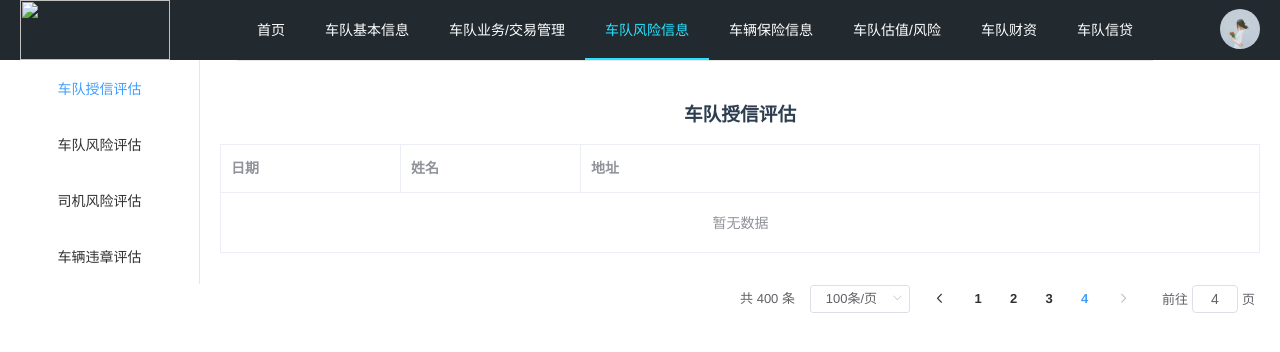
Repository: TheWomanLiketheWind/woodpecker
Page: /
The author's editor kept a copy of each file at every save. The page is drawn from the files as they stood at one save, then again after a run of saves.
The browser window is 1280 px wide. The pictures show the whole page.
The project was rebuilt for these pictures with package versions that can differ from the ones it lists, and the page was loaded fresh each time. Also part of the build but not shown: src/views/menuThird.vue.

Above is the page before, as saved 2019-07-25 17:57:25.

### public/index.html
<!DOCTYPE html>
<html lang="en">
  <head>
    <meta charset="utf-8">
    <meta http-equiv="X-UA-Compatible" content="IE=edge">
    <meta name="viewport" content="width=device-width,initial-scale=1.0">
    <link rel="icon" href="<%= BASE_URL %>favicon.ico">
    <title>woodpecker</title>
  </head>
  <body>
    <noscript>
      <strong>We're sorry but woodpecker doesn't work properly without JavaScript enabled. Please enable it to continue.</strong>
    </noscript>
    <div id="app"></div>
    <!-- built files will be auto injected -->
  </body>
</html>

### src/App.vue
<template>
  <div id="app">
    <router-view />
  </div>
</template>

<style lang="scss">
#app {
  font-family: "Avenir", Helvetica, Arial, sans-serif;
  -webkit-font-smoothing: antialiased;
  -moz-osx-font-smoothing: grayscale;
  text-align: center;
  color: #2c3e50;
  .el-header {
    display: flex;
    justify-content: space-between;
    align-items: center;
  }
}
#nav {
  padding: 30px;
  a {
    font-weight: bold;
    color: #2c3e50;
    &.router-link-exact-active {
      color: #42b983;
    }
  }
}
body {
  margin: 0;
}
</style>

### src/router.ts
import Vue from 'vue'
import Router from 'vue-router'
import Home from './views/Home.vue'
Vue.use(Router)

export default new Router({
  mode: 'history',
  base: process.env.BASE_URL,
  routes: [
    {
      path: '/',
      name: 'home',
      component: Home,
      children: [
        {
          path: '/',
          name: 'menuSecond',
          children: [
            {
              path: '/',
              name: 'menuThird',
              component: () =>
                import(/* webpackChunkName: "about" */ './views/menuThird.vue')
            }
          ],
          component: () =>
            import(/* webpackChunkName: "about" */ './views/menuSecond.vue')
        }
      ]
    }
  ]
})

### src/views/Home.vue
<template>
  <el-container>
    <el-header class="headerAll">
      <img src=""
           class="headImage">
      <el-menu :default-active="activeIndex"
               class="el-menu-demo"
               mode="horizontal"
               background-color="#222a30"
               text-color="#fff"
               active-text-color="#29e2fe"
               @select="handleSelect">
        <el-menu-item v-for="(item, index) in menuList"
                      :key="index"
                      :index="item.index"
                      v-on:listenToChildEvent="menuClick">{{item.name}}</el-menu-item>
      </el-menu>

      <el-dropdown>
        <img src="../assets/headImage.jpg"
             class="drophead" />
        <el-dropdown-menu slot="dropdown">
          <el-dropdown-item>个人信息</el-dropdown-item>
          <el-dropdown-item>退出</el-dropdown-item>
        </el-dropdown-menu>
      </el-dropdown>
    </el-header>
    <!-- <router-link to="/menuSecond">点击跳转</router-link> -->
    <router-view />
  </el-container>
</template>

<script lang="ts">
import { Component, Vue } from "vue-property-decorator";

@Component({
  components: {}
})
export default class Home extends Vue {
  data() {
    return {
      activeIndex: "4",
      menuList: [
        {
          name: "首页",
          index: "1",
          link: ""
        },
        {
          name: "车队基本信息",
          index: "2",
          link: ""
        },
        {
          name: "车队业务/交易管理",
          index: "3",
          link: ""
        },
        {
          name: "车队风险信息",
          index: "4",
          link: ""
        },
        {
          name: "车辆保险信息",
          index: "5",
          link: ""
        },
        {
          name: "车队估值/风险",
          index: "6",
          link: ""
        },
        {
          name: "车队财资",
          index: "7",
          link: ""
        },
        {
          name: "车队信贷",
          index: "8",
          link: ""
        }
      ]
    };
  }

  private handleSelect(key: any, keyPath: any) {
    console.log(key, keyPath);
  }

  menuClick(data: any) {
    this.$router.push(data);
  }
}
</script>

<style lang="scss">
.headerAll {
  background: #222a30;
  .headImage {
    width: 150px;
    height: 100%;
    border: 0;
  }
  .drophead {
    width: 40px;
    height: 40px;
    border-radius: 50%;
  }
}
</style>

### src/views/menuSecond.vue
<template>
  <el-container>

    <el-aside width="200px">
      <el-menu :default-active="defaultActive"
               class="el-menu-vertical-demo"
               @select="handleSelect">
        <el-menu-item v-for="(item, index) in filesList.navigeList"
                      :key="index"
                      :index="item.index">
          <span slot="title">{{item.name}}</span>
        </el-menu-item>
      </el-menu>
    </el-aside>
    <el-main>
      <h3>{{filesList.navigeList[this.selectIndex].name}}</h3>
      <el-table :data="filesList.navigeList[this.selectIndex].tableData"
                border
                style="width: 100%">
        <el-table-column prop="date"
                         label="日期"
                         width="180">
        </el-table-column>
        <el-table-column prop="name"
                         label="姓名"
                         width="180">
        </el-table-column>
        <el-table-column prop="address"
                         label="地址">
        </el-table-column>
      </el-table>
      <el-pagination @size-change="handleSizeChange"
                     @current-change="handleCurrentChange"
                     :current-page="currentPage4"
                     :page-sizes="[100, 200, 300, 400]"
                     :page-size="100"
                     layout="total, sizes, prev, pager, next, jumper"
                     :total="400">
      </el-pagination>
    </el-main>
  </el-container>

</template>

<script lang="ts">
import Vue from "vue";
import files from "../jsonFile";

export default Vue.extend({
  data() {
    return {
      filesList: files,
      selectIndex: 0,
      defaultActive: "1",
      currentPage4: 4
    };
  },
  methods: {
    handleSelect(key: String) {
      this.selectIndex = Number(key) - 1;
    },
    handleSizeChange(val: Number) {
      console.log(`每页 ${val} 条`);
    },
    handleCurrentChange(val: Number) {
      console.log(`当前页: ${val}`);
    }
  }
});
</script>


<style lang="scss">
.el-pagination {
  margin-top: 30px;
  float: right;
}
</style>

### src/jsonFile.ts
const fileObject = {
  navigeList: [
    {
      name: '车队授信评估',
      index: '1'
    },
    {
      name: '车队风险评估',
      index: '2'
    },
    {
      name: '司机风险评估',
      index: '3',
      tableData: [
        {
          date: '2016-05-02',
          name: '王小虎',
          address: '上海市普陀区金沙江路 1518 弄'
        },
        {
          date: '2016-05-04',
          name: '王小虎',
          address: '上海市普陀区金沙江路 1517 弄'
        },
        {
          date: '2016-05-01',
          name: '王小虎',
          address: '上海市普陀区金沙江路 1519 弄'
        },
        {
          date: '2016-05-03',
          name: '王小虎',
          address: '上海市普陀区金沙江路 1516 弄'
        }
      ]
    },
    {
      name: '车辆违章评估',
      index: '4'
    }
  ]
}

export default fileObject

Loaded but not shown: src/main.ts (common file); src/store.ts (common file)

After the next 2 saves:
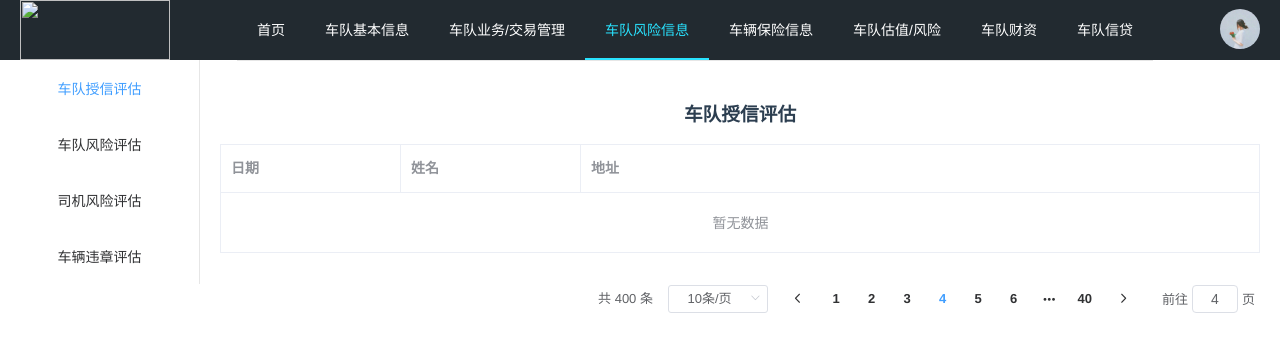
The 2 saves are shown as one change because they came seconds apart.
The last was saved 42 s later.
--- a/src/views/menuSecond.vue
+++ b/src/views/menuSecond.vue
@@ -32,8 +32,8 @@
       <el-pagination @size-change="handleSizeChange"
                      @current-change="handleCurrentChange"
                      :current-page="currentPage4"
-                     :page-sizes="[100, 200, 300, 400]"
-                     :page-size="100"
+                     :page-sizes="[10, 20, 50, 100]"
+                     :page-size="10"
                      layout="total, sizes, prev, pager, next, jumper"
                      :total="400">
       </el-pagination>
